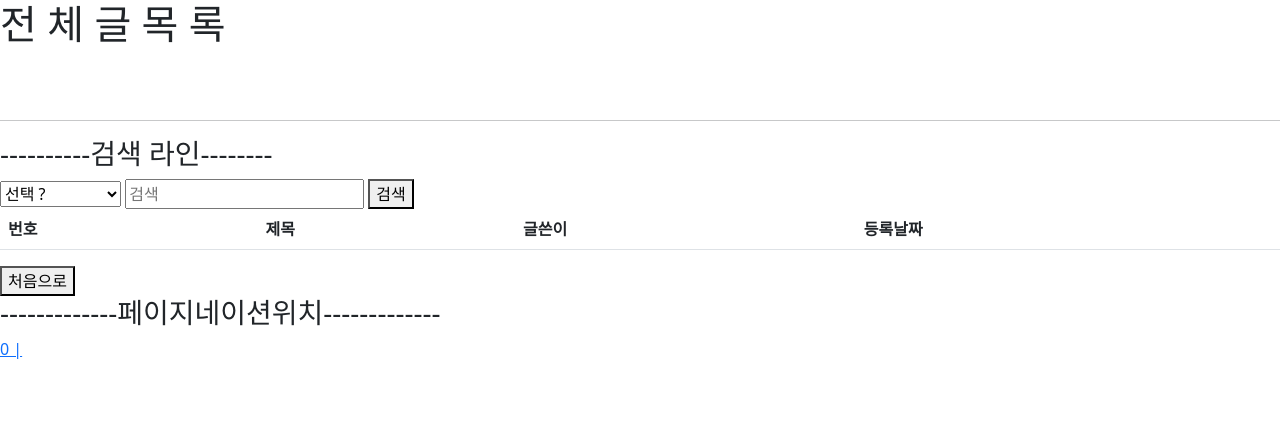
Repository: bbqju13/jsp0602
Page: http://localhost/jsp_project/board/list.jsp
These files come from the project's save history. The page is drawn as it stood at one moment and after the next save; the edit follows.
The browser window is 1280 px wide. The pictures show the whole page.
The page is served by Tomcat 9. The template is opened directly, without the code that normally fills it, so the values that code supplies are empty.

Above is the page before, as saved 2023-05-24 02:37:39.

After the next save:
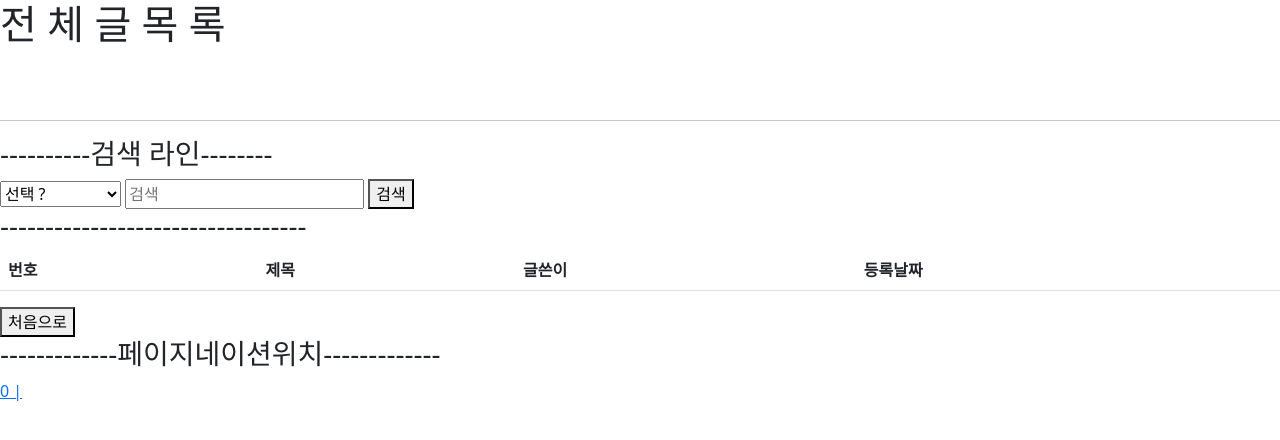
Saved 20 s later.
--- a/jsp_project2/jsp_project/src/main/webapp/board/list.jsp
+++ b/jsp_project2/jsp_project/src/main/webapp/board/list.jsp
@@ -38,6 +38,8 @@
 			<button type="submit">검색</button>
 		</div>
 	</form>
+
+	<h3>----------------------------------</h3>
 	<table class="table table-striped">
 	<!-- 검색라인 -->
 		<thead>
